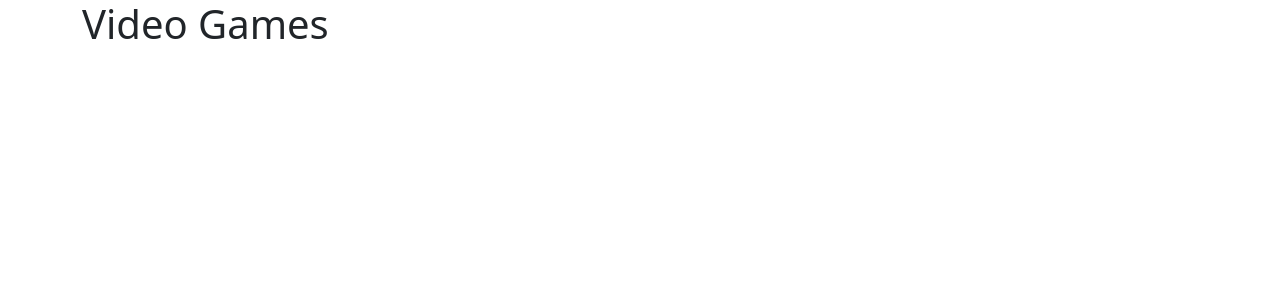
Repository: teban004/COMP1006---W2017
Page: http://localhost/
An editor plug-in stored every save of this project. The page is shown before and after the next save, followed by the edit.
The browser window is 1280 px wide. The pictures show the whole page.
The page is run by PHP 8.4 with error messages shown; the project is at /var/www/html/. Queries for data that is not in the repository find no rows.

Above is the page before, as saved 2022-01-02 18:33:14.

### index.php

<!DOCTYPE html>
<html lang="en">
<head>
    <meta charset="utf-8">
    <meta name="viewport" content="width=device-width, initial-scale=1">
    <title>COMP1006</title>
    <!-- CSS Section -->
    <link rel="stylesheet" href="./Scripts/lib/bootstrap/dist/css/bootstrap.min.css"/>
    <link rel="stylesheet" href="./Scripts/lib/font-awesome/css/fontawesome.css"/>
    <link rel="stylesheet" href="./Content/app.css"/>
</head>
<body>
    <div class="container">
        <div class="row">
            <div class="col-md-offset-3 col-md-6">
                <h1>Video Games</h1>

                <?php

                    $dsn = 'mysql:host=localhost;dbname=gameDB';
                    $userName = 'gameusr';
                    $password = 'EASportsKonami-2022';

                    try {
                        $db = new PDO($dsn, $userName, $password);
                    }
                    catch(PDOException $e) {
                        $message = $e->getMessage();
                        echo "An error occurred: " . $message;
                    }

                    $query = "SELECT * FROM Games";
                    $statement = $db->prepare($query);
                    $statement->execute(); // run on the db server
                    $games = $statement->fetchAll(); // returns an array for each row

                    echo "<ul>";
                    foreach ($games as $game) {
                        echo "<li>" . $game['Name'] . " $" . $game['Cost']."</li>";
                    }
                    echo "</ul>";

                ?>

        </div>
        </div>

    </div>

    <!-- JavaScript Section-->
    <script src="./Scripts/lib/jquery/dist/jquery.min.js"></script>
    <script src="./Scripts/lib/bootstrap/dist/js/bootstrap.min.js"></script>
    <script src="./Scripts/app.js"></script>
</body>
</html>

### Content/app.css
/* custom CSS goes here */

### Scripts/app.js
/* custom JavaScript goes here */

Loaded but not shown: Scripts/lib/bootstrap/dist/css/bootstrap.min.css (library); Scripts/lib/font-awesome/css/fontawesome.css (library); Scripts/lib/jquery/dist/jquery.min.js (library); Scripts/lib/bootstrap/dist/js/bootstrap.min.js (library)

After the next save:
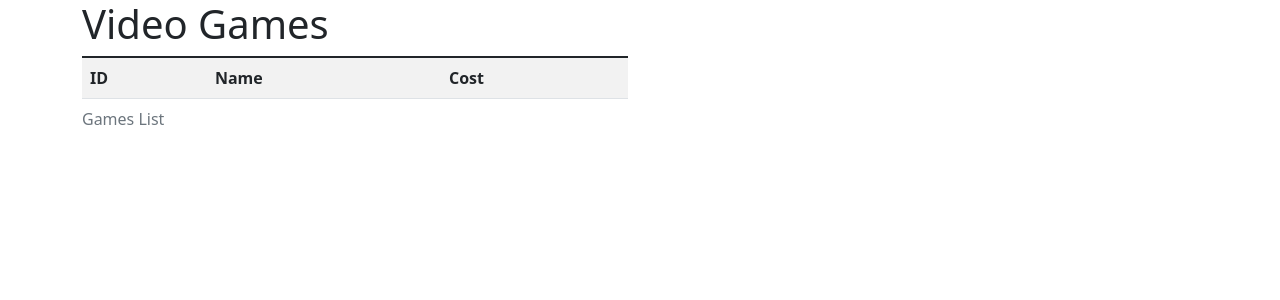
Saved 46 h 15 min later.
--- a/index.php
+++ b/index.php
@@ -35,13 +35,27 @@
                     $statement->execute(); // run on the db server
                     $games = $statement->fetchAll(); // returns an array for each row
 
-                    echo "<ul>";
+                ?>
+
+                <table class="table table-striped">
+                    <caption>Games List</caption>
+                    <tr>
+                        <th>ID</th>
+                        <th>Name</th>
+                        <th>Cost</th>
+                    </tr>
+
+                <?php
+                    echo "<tr>";
                     foreach ($games as $game) {
-                        echo "<li>" . $game['Name'] . " $" . $game['Cost']."</li>";
+                        echo "<td>" . $game['Id'] . "</td>";
+                        echo "<td>" . $game['Name'] . "</td>";
+                        echo "<td>$" . $game['Cost'] . "</td>";
                     }
-                    echo "</ul>";
+                    echo "</tr>";
+                ?>
 
-                ?>
+                </table>
 
         </div>
         </div>
